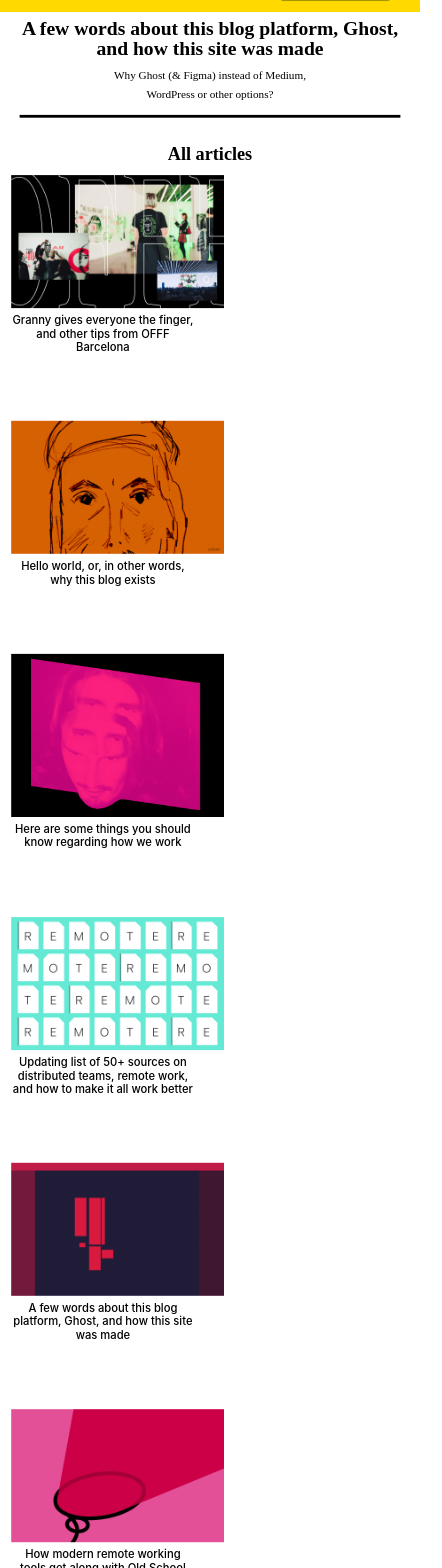
Repository: ThuTrang-jvb/JVB-BT1
Page: Page 2/listing.html
The author's editor kept a copy of each file at every save. The page is drawn from the files as they stood at one save, then again after a run of saves.
The browser window is 600 px wide. The page is 632 px wide, so the pictures cover 632 px, including what lies to the right of the window. The pictures show the part of the page from y = 493 to 2733 px (the page is 3201 px tall before and 2843 px after), at 70% of full size.

Above is the page before, as saved 2025-06-27 08:58:17.

After the next 3 saves:
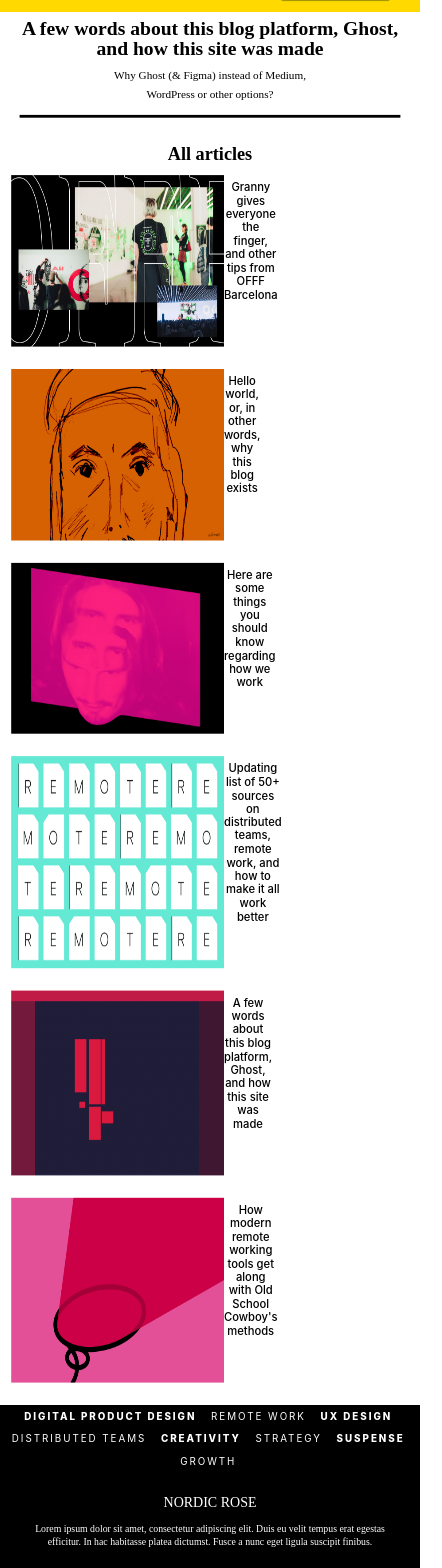
The 3 saves are shown as one change because they came seconds apart.
The last was saved 7 s later.
--- a/Page 2/styleListing.css
+++ b/Page 2/styleListing.css
@@ -258,7 +258,7 @@
 
     .image_mobile .image {
         margin-bottom: 32px;
-
+        display: flex;
     }
 
     .image_mobile img {

After the 4 saves that followed:
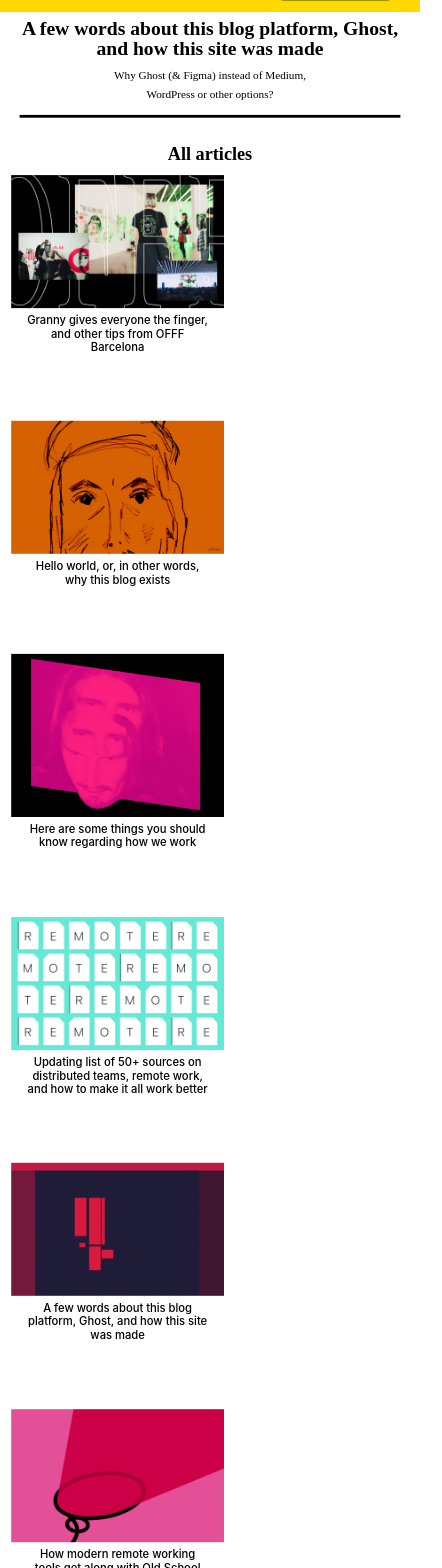
The 4 saves are shown as one change because they came seconds apart.
The last was saved 9 s later.
--- a/Page 2/styleListing.css
+++ b/Page 2/styleListing.css
@@ -259,6 +259,9 @@
     .image_mobile .image {
         margin-bottom: 32px;
         display: flex;
+        flex-direction: column;
+        align-items: center;
+
     }
 
     .image_mobile img {
